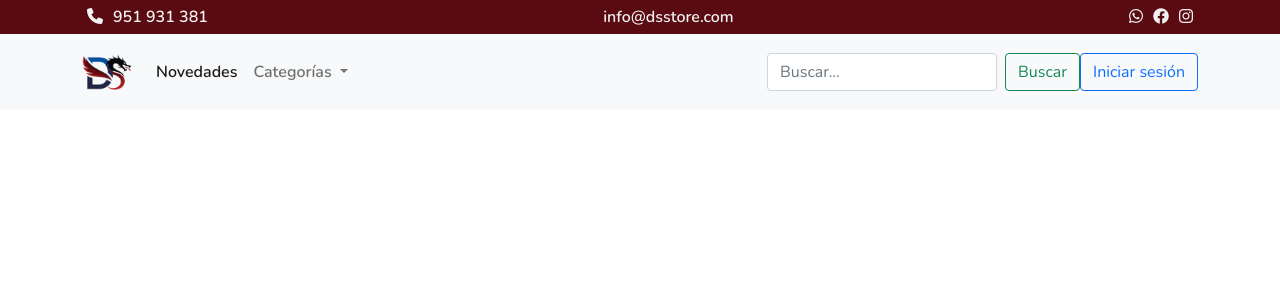
Repository: leasever/store-ts
Page: index.html
The author's editor kept a copy of each file at every save. The page is drawn from the files as they stood at one save, then again after the next save.
The browser window is 1280 px wide. The pictures show the whole page.
Some web libraries are served in a nearby version. The style sheet was rebuilt from its Sass, Less or Tailwind sources for each picture, by a compiler version that may differ from the author's.

Above is the page before, as saved 2022-09-12 17:34:40.

After the next save:
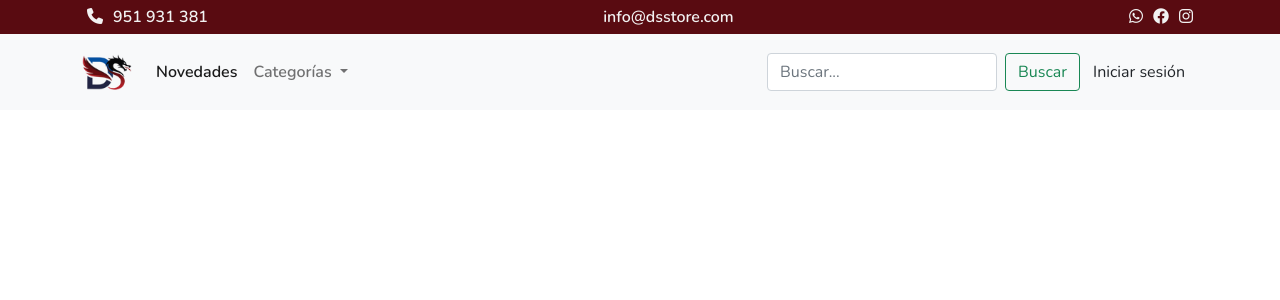
Saved 66 s later.
--- a/index.html
+++ b/index.html
@@ -80,7 +80,7 @@
                      <button class="btn btn-outline-success" type="submit">Buscar</button>
                   </form>
                   <div class="login" id="loginModalButtonContainer">
-                     <a href="#loginModal" class="btn btn-outline-primary " data-bs-toggle="modal">Iniciar sesión</a>
+                     <a href="#loginModal" class="btn " data-bs-toggle="modal">Iniciar sesión</a>
                   </div>
                </div>
             </nav>

After the save that followed:
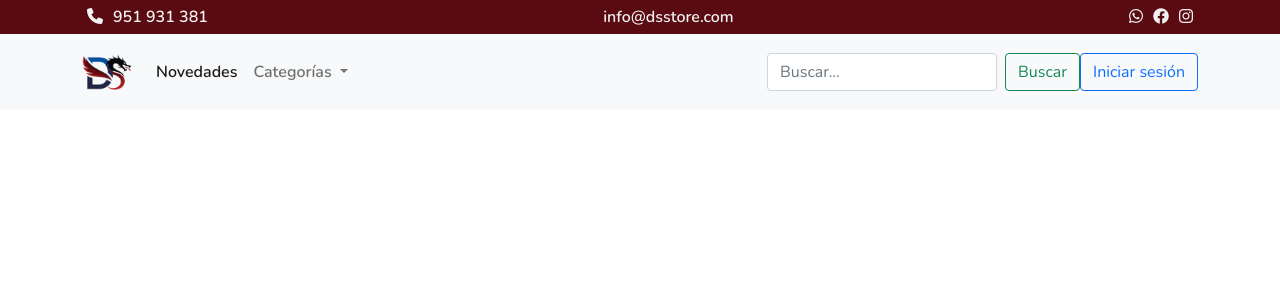
Saved 10 s later.
--- a/index.html
+++ b/index.html
@@ -80,7 +80,7 @@
                      <button class="btn btn-outline-success" type="submit">Buscar</button>
                   </form>
                   <div class="login" id="loginModalButtonContainer">
-                     <a href="#loginModal" class="btn " data-bs-toggle="modal">Iniciar sesión</a>
+                     <a href="#loginModal" class="btn btn-outline-primary " data-bs-toggle="modal">Iniciar sesión</a>
                   </div>
                </div>
             </nav>
